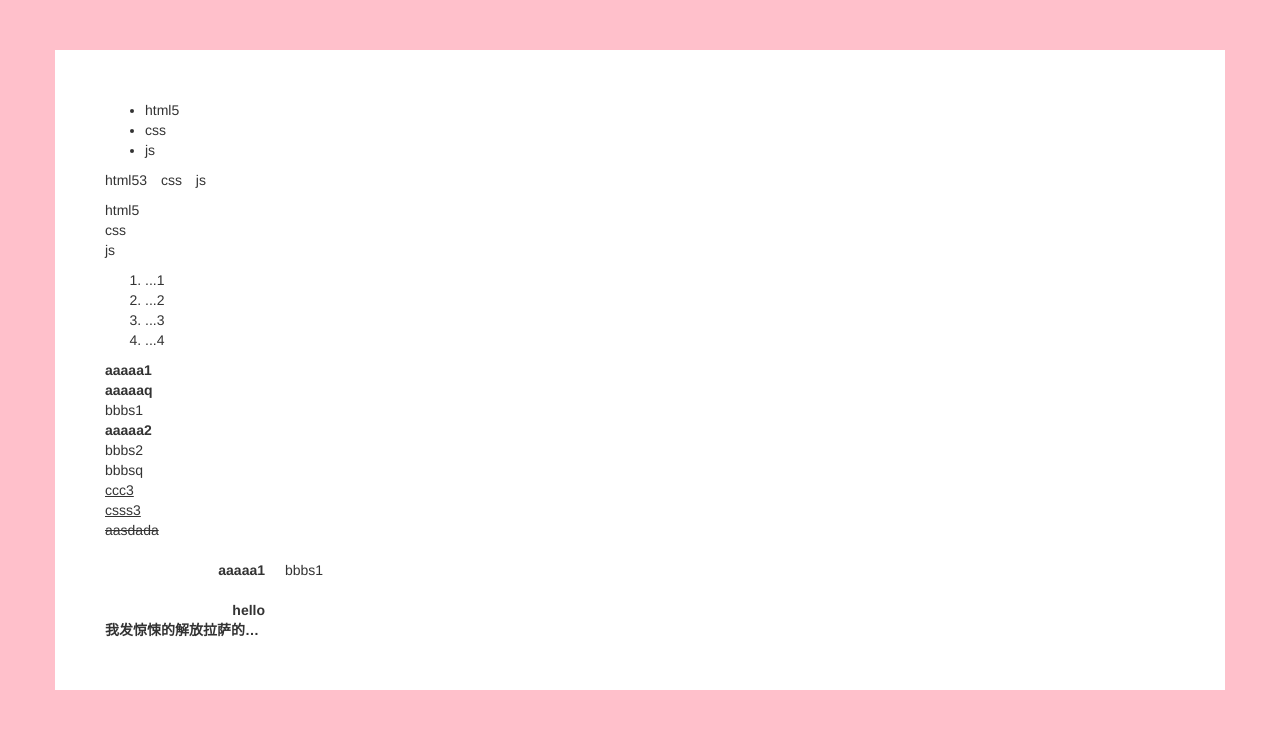
Repository: linkosong/mine
Page: workspaces/activity/src/main/webapp/WEB-INF/html/list.html
An editor plug-in stored every save of this project. The page is shown before and after the next save, followed by the edit.
The browser window is 1280 px wide. The pictures show the whole page.

Above is the page before, as saved 2016-11-15 07:34:59.

After the next save:
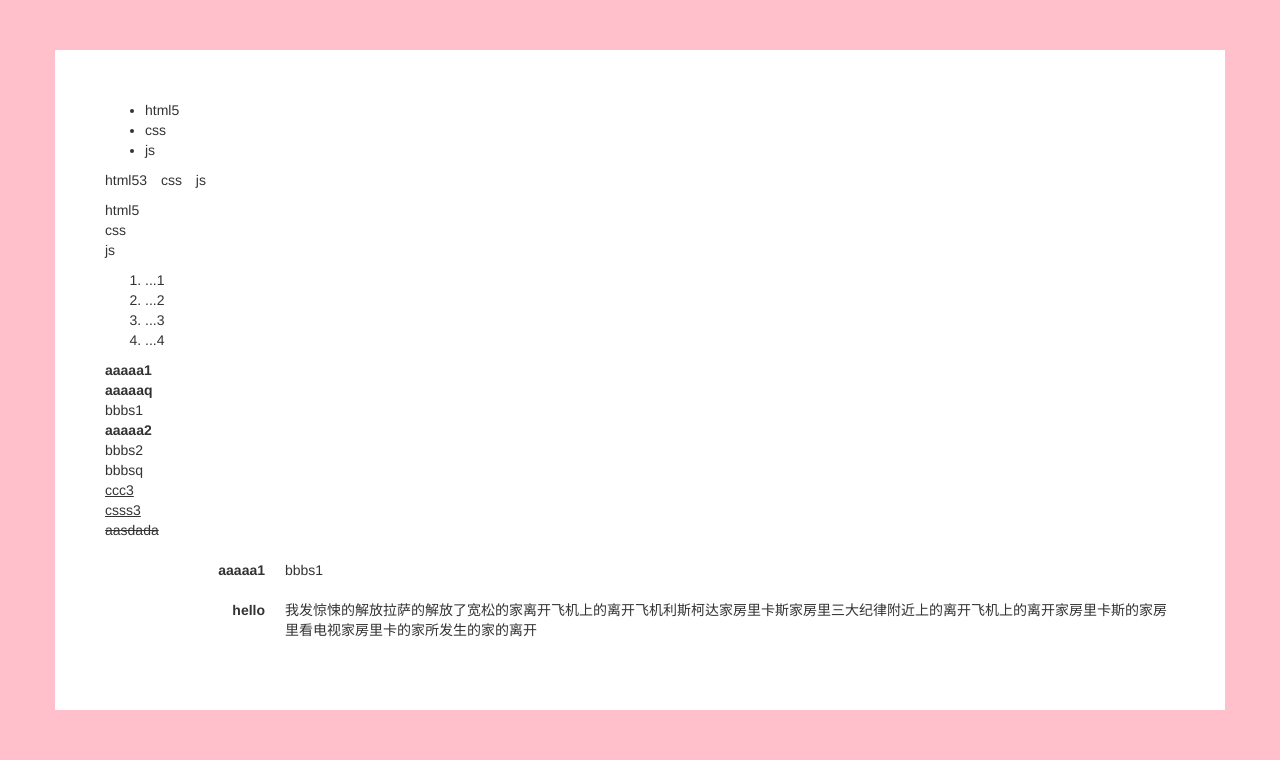
Saved 10 s later.
--- a/workspaces/activity/src/main/webapp/WEB-INF/html/list.html
+++ b/workspaces/activity/src/main/webapp/WEB-INF/html/list.html
@@ -51,7 +51,7 @@
 			  </dl>
 			  <dl class="dl-horizontal">
     <dt>hello</dt>
-    <dt>我发惊悚的解放拉萨的解放了宽松的家离开飞机上的离开飞机利斯柯达家房里卡斯家房里三大纪律附近上的离开飞机上的离开家房里卡斯的家房里看电视家房里卡的家所发生的家的离开</dt>
+    <dd>我发惊悚的解放拉萨的解放了宽松的家离开飞机上的离开飞机利斯柯达家房里卡斯家房里三大纪律附近上的离开飞机上的离开家房里卡斯的家房里看电视家房里卡的家所发生的家的离开</dd>
 </dl>
 		</div>
 	</div>
